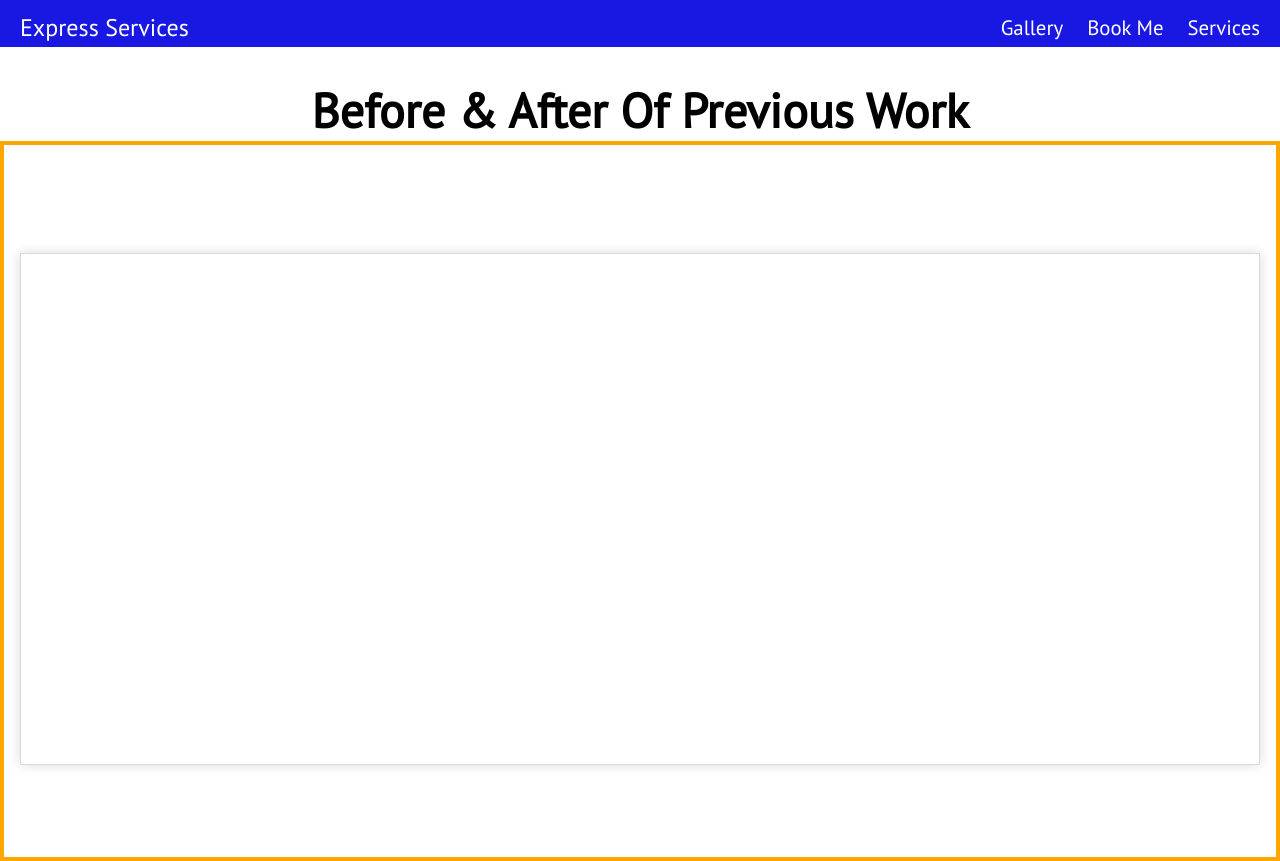
Repository: DrummerDee/mir-miami
Page: /Gallery (app in mr-miami/)
These files come from the project's save history. The page is drawn as it stood at one moment and after the next save; the edit follows.
The browser window is 1280 px wide. The pictures show the whole page.
The project was rebuilt for these pictures with package versions that can differ from the ones it lists, and the page was loaded fresh each time. Also part of the build but not shown: mr-miami/src/Components/Services.js, mr-miami/src/Components/Homepage.js, mr-miami/src/Styles/Calendar.css, mr-miami/src/Components/Times.js, mr-miami/src/Components/Time.js, mr-miami/src/Components/BookMe.js.

Above is the page before, as saved 2022-09-09 13:22:12.

After the next save:
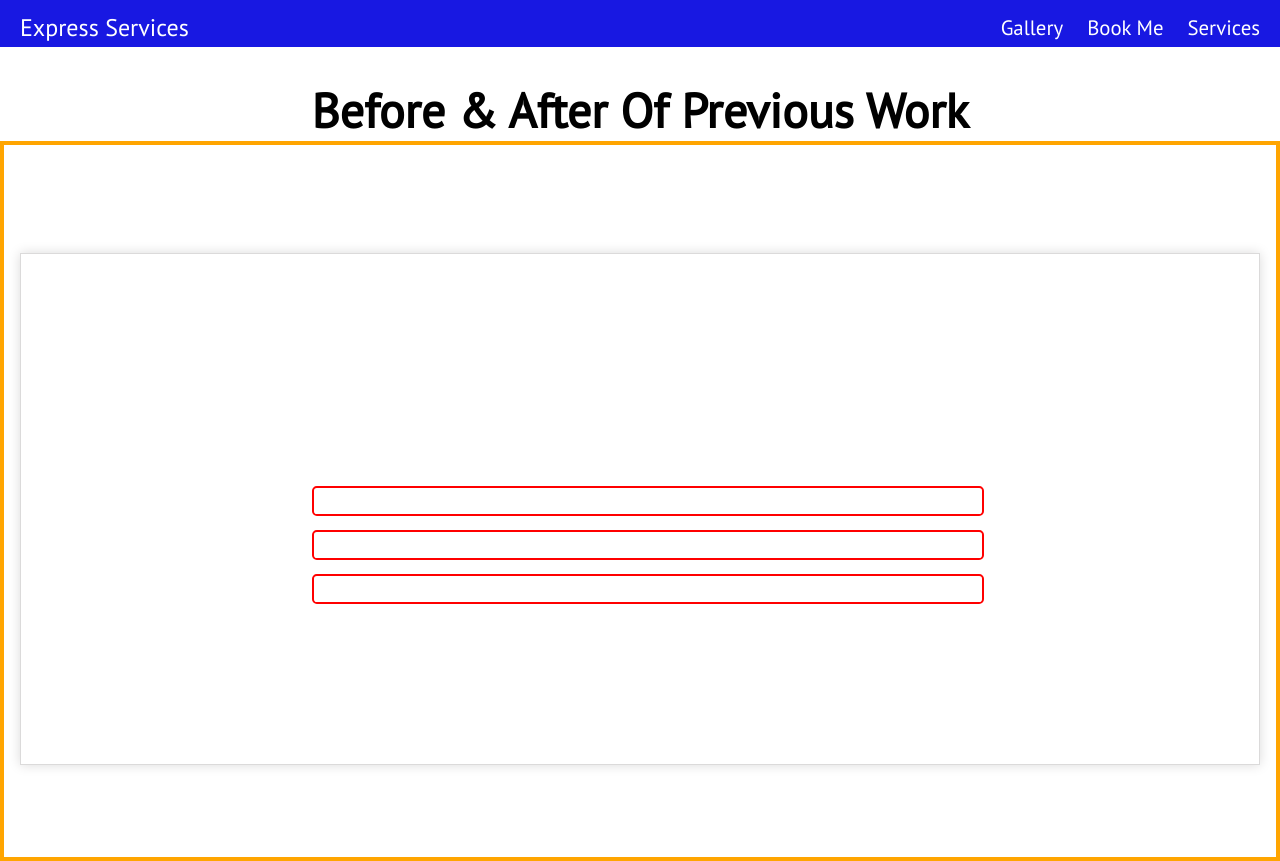
Saved 8 s later.
--- a/mr-miami/src/Styles/App.css
+++ b/mr-miami/src/Styles/App.css
@@ -30,7 +30,7 @@
   border-radius: 0.3rem;
   position: relative;
   height: 50%;
-  border: ;
+  border: red 2px solid;
 }
 img{
   transition: all linear 0.6s;
